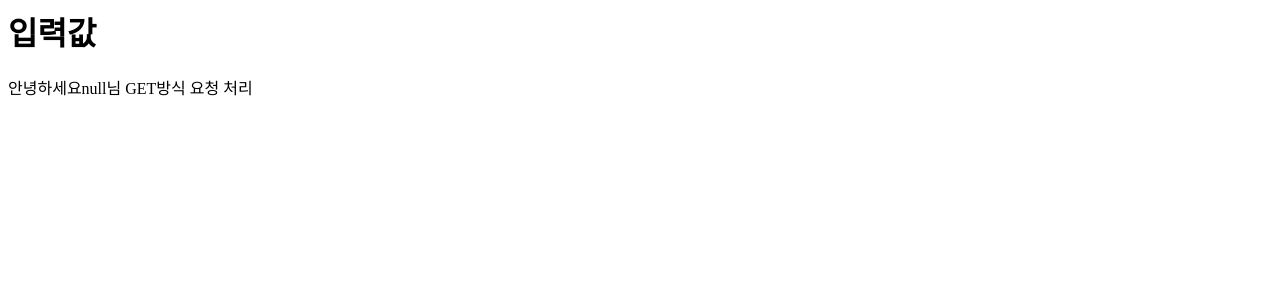
Repository: lopanghub/git_study
Page: http://localhost/JSPClassCh02/today
The author's editor kept a copy of each file at every save. The page is drawn from the files as they stood at one save, then again after the next save.
The browser window is 1280 px wide. The pictures show the whole page.
The page is served by Tomcat 9.

Above is the page before, as saved 2024-04-02 02:51:00.

After the next save:
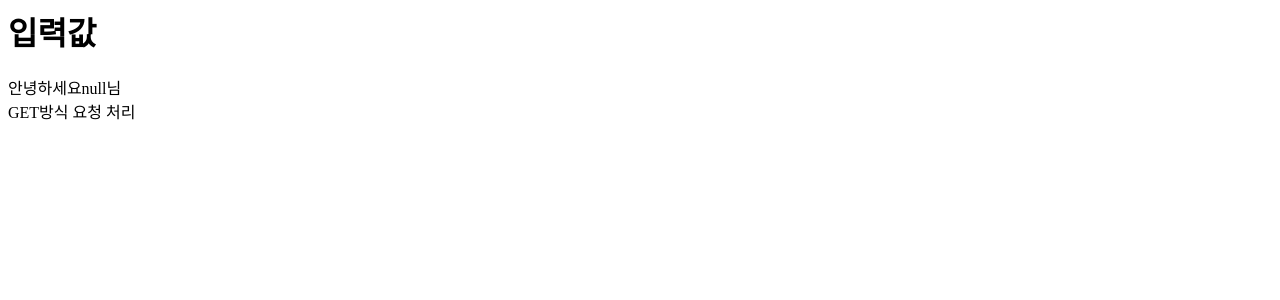
Saved 7 min 35 s later.
--- a/JSPStudy/JSPClassCh02/src/main/java/com/jspstudy/ch02/servlet/TodayServlet.java
+++ b/JSPStudy/JSPClassCh02/src/main/java/com/jspstudy/ch02/servlet/TodayServlet.java
@@ -24,11 +24,10 @@ public class TodayServlet extends HttpServlet{
 
 		out.println("<body>");
 		out.println("<h1>입력값</h1>");
-		out.println("안녕하세요"+id+"님");
-		out.println();
+		out.println("안녕하세요"+id+"님<br>");
+
 		out.println(req.getMethod()+"방식 요청 처리");
 		out.println("</body>");
-
 		out.println("</html>");
 	}
 
